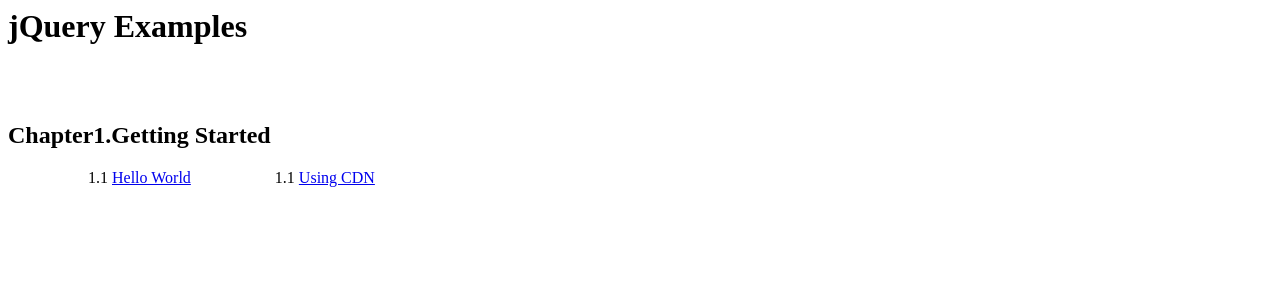
Repository: sudheerj/jQuery
Page: jQueryExamples/chapter01/index.html
An editor plug-in stored every save of this project. The page is shown before and after the next save, followed by the edit.
The browser window is 1280 px wide. The pictures show the whole page.

Above is the page before, as saved 2016-10-20 03:12:05.

### jQueryExamples/chapter01/index.html
<h1>jQuery Examples</h1><br /><br />

<h2>Chapter1.Getting Started<br /></h2>
      <span style="margin-left: 80px">1.1 <a href="HelloWorld.html" target="_blank">Hello World</a></span>
      <span style="margin-left: 80px">1.1 <a href="UsingCDN.html" target="_blank">Using CDN</a></span>

After the next save:
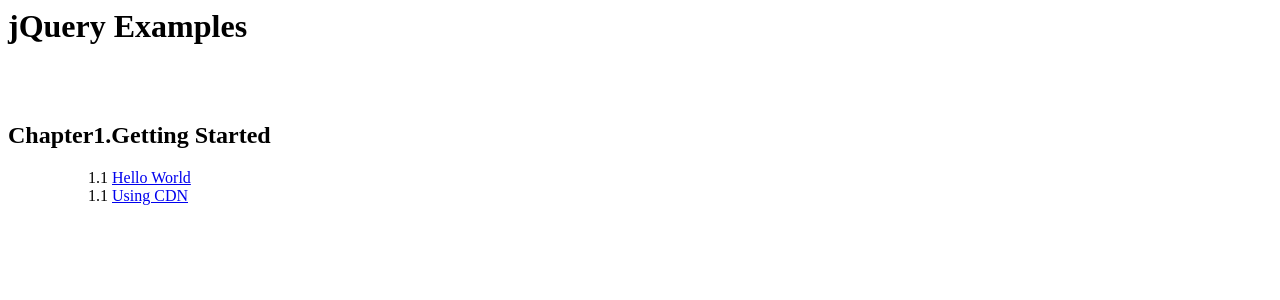
Saved 51 s later.
--- a/jQueryExamples/chapter01/index.html
+++ b/jQueryExamples/chapter01/index.html
@@ -1,5 +1,5 @@
 <h1>jQuery Examples</h1><br /><br />
 
 <h2>Chapter1.Getting Started<br /></h2>
-      <span style="margin-left: 80px">1.1 <a href="HelloWorld.html" target="_blank">Hello World</a></span>
+      <span style="margin-left: 80px">1.1 <a href="HelloWorld.html" target="_blank">Hello World</a></span><br />
       <span style="margin-left: 80px">1.1 <a href="UsingCDN.html" target="_blank">Using CDN</a></span>
